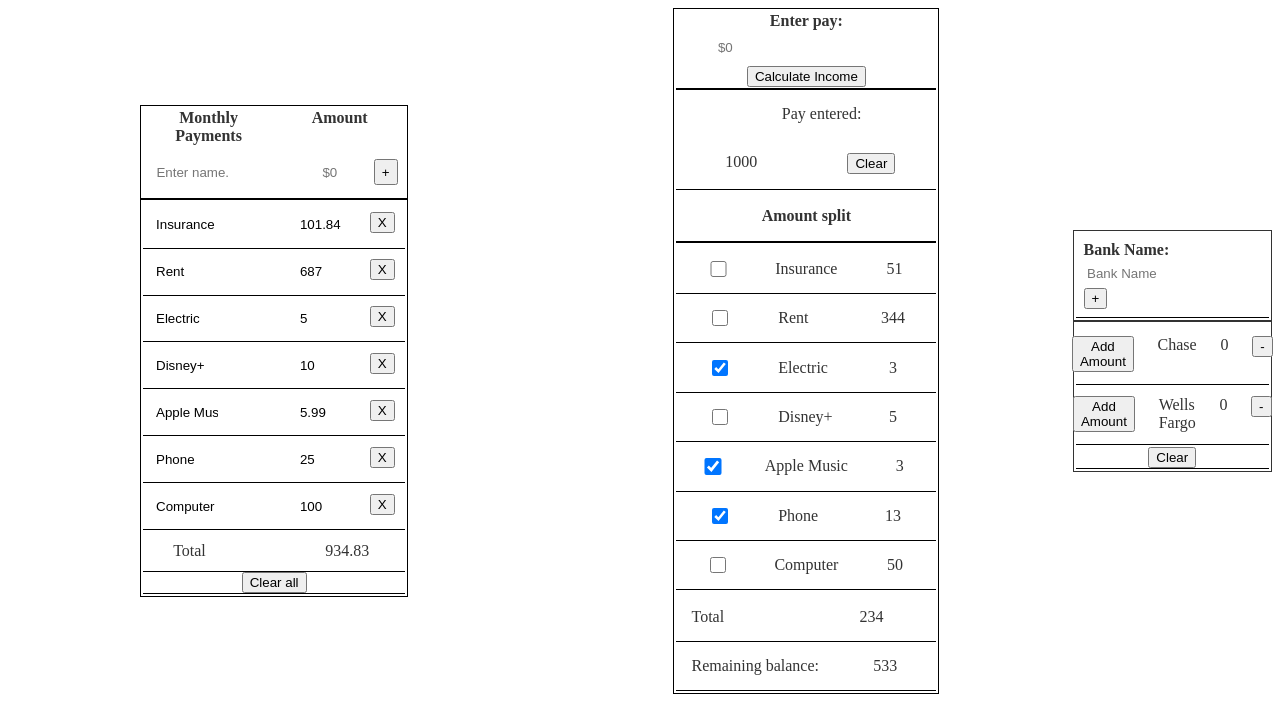
Repository: Kayla-amr/final-project-vue
Page: /
The author's editor kept a copy of each file at every save. The page is drawn from the files as they stood at one save, then again after the next save.
The browser window is 1280 px wide. The page is 1281 px wide, then 1280 px, then 1281 px, so the pictures cover 1281 px, including what lies to the right of the window. The pictures show the whole page.
The project was rebuilt for these pictures with package versions that can differ from the ones it lists, and the page was loaded fresh each time. Also part of the build but not shown: vite.config.js.

Above is the page before, as saved 2023-04-12 13:48:00.

After the next save:
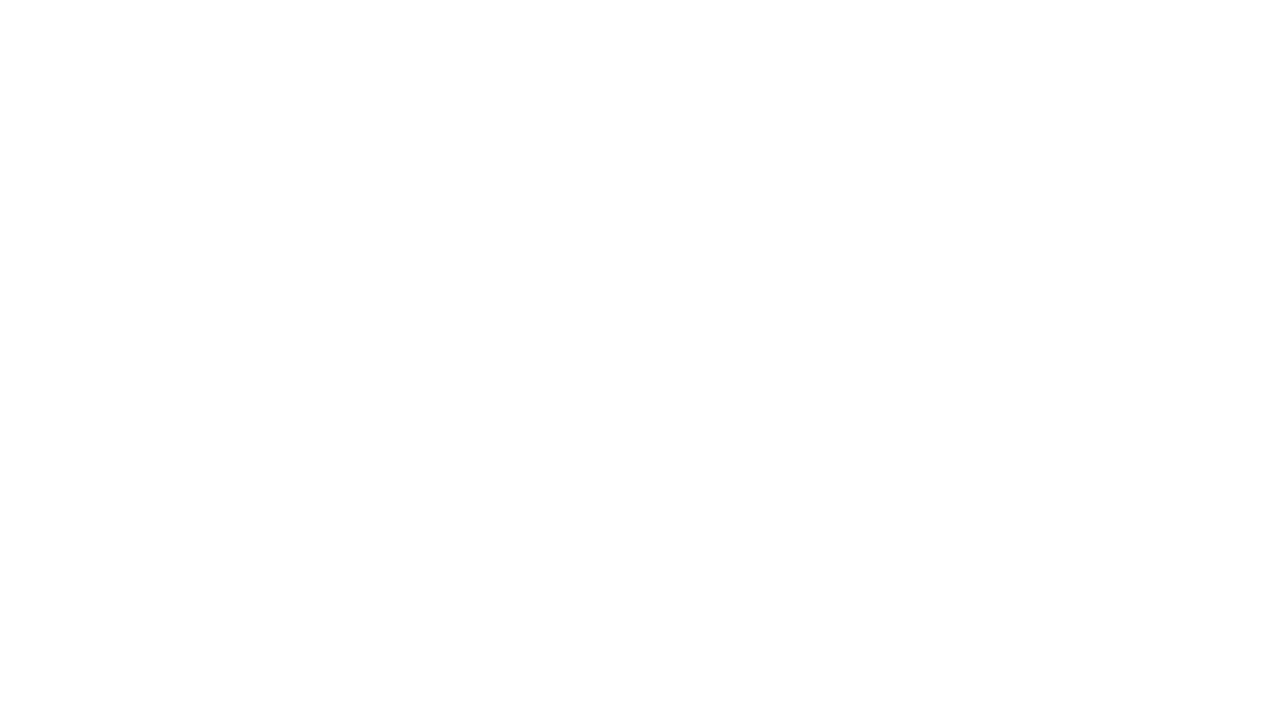
Console error: TypeError: $options.totalDivided is not a function
Saved 26 s later.
--- a/src/components/SplitBudget.vue
+++ b/src/components/SplitBudget.vue
@@ -50,7 +50,7 @@
             <tfoot>
                 <tr>
                     <td class="name">Total</td>
-                    <td class="amount totalDivided">{{ totalDiv(totalDivided) }}</td>
+                    <td class="amount totalDivided">{{ totalDivided(totalDivided()) }}</td>
                 </tr>
                 <tr v-for="income in incomes" :key="income.id">
                     <td>Remaining balance:</td>
@@ -107,7 +107,7 @@
         splitBudget(amount) {
             return Math.ceil(amount / 2)
         },
-        totalDiv(total){
+        totalDivided(total){
             return Math.ceil(total / 2)
 
         }

After the save that followed:
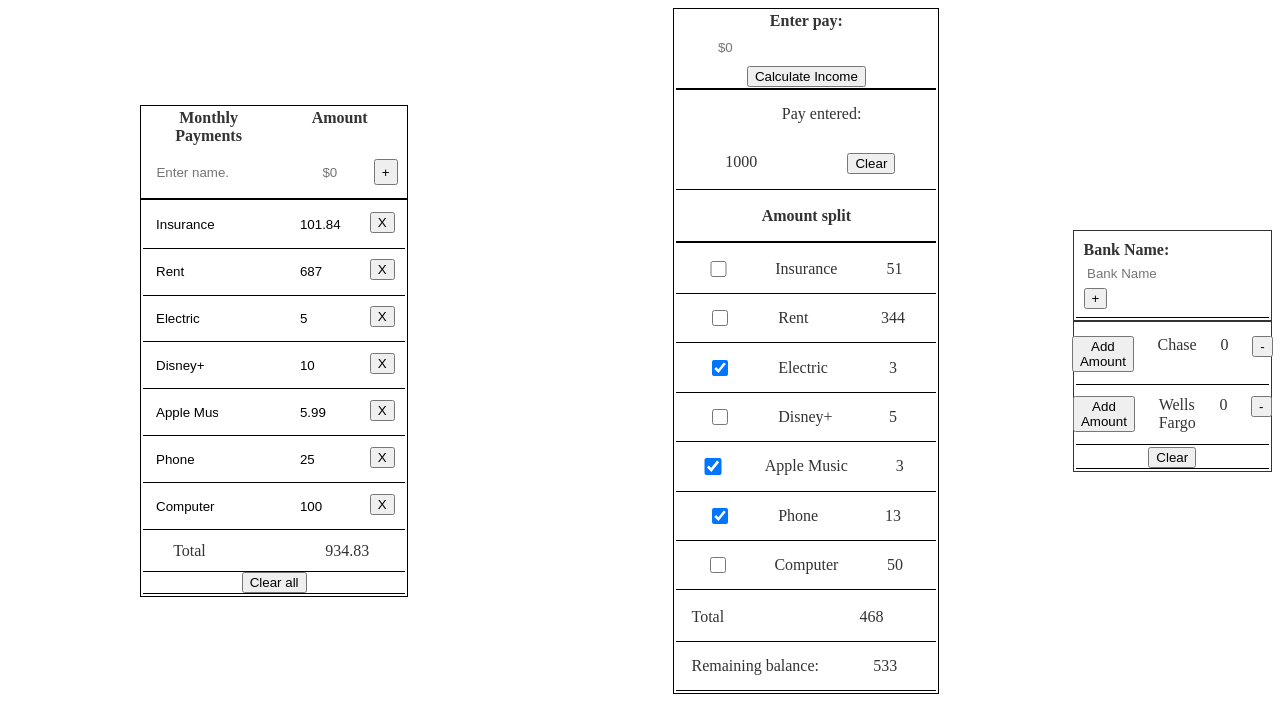
The error is gone.
Saved 6 s later.
--- a/src/components/SplitBudget.vue
+++ b/src/components/SplitBudget.vue
@@ -50,7 +50,7 @@
             <tfoot>
                 <tr>
                     <td class="name">Total</td>
-                    <td class="amount totalDivided">{{ totalDivided(totalDivided()) }}</td>
+                    <td class="amount totalDivided">{{ Math.ceil(totalDivided) }}</td>
                 </tr>
                 <tr v-for="income in incomes" :key="income.id">
                     <td>Remaining balance:</td>
@@ -108,7 +108,7 @@
             return Math.ceil(amount / 2)
         },
         totalDivided(total){
-            return Math.ceil(total / 2)
+
 
         }
     }
